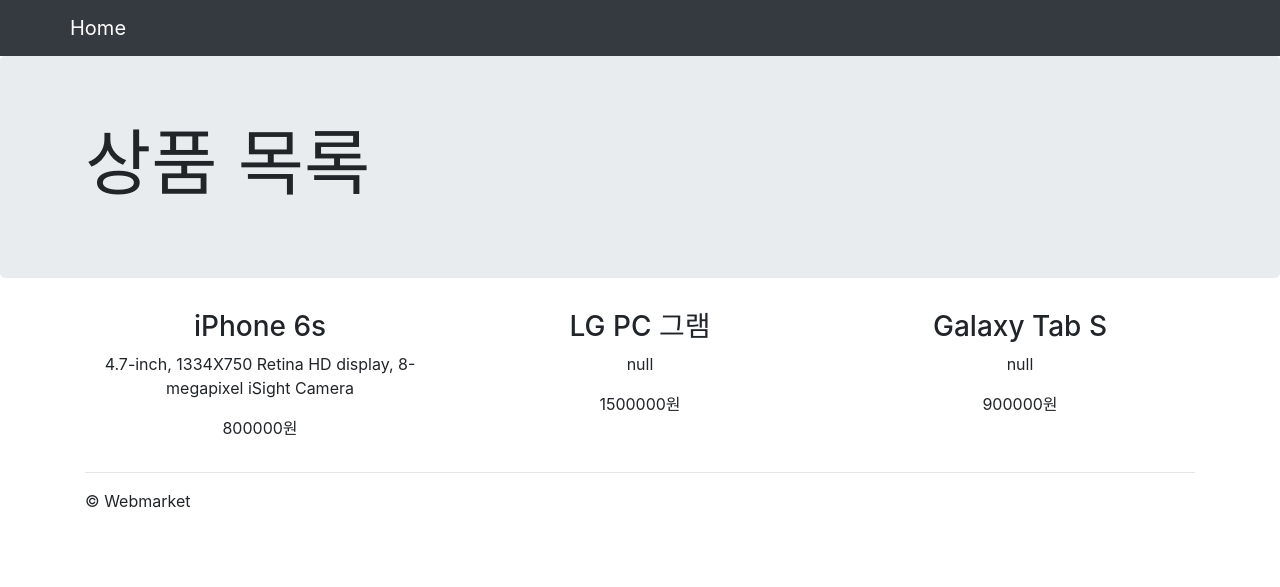
Repository: suinautant/learnCode
Page: http://localhost/WebMarket/products.jsp
The author's editor kept a copy of each file at every save. The page is drawn from the files as they stood at one save, then again after the next save.
The browser window is 1280 px wide. The pictures show the whole page.
The page is served by Tomcat 9. Nobody is signed in. The application's start-up code is not run. Other server files are loaded and not shown.

Above is the page before, as saved 2021-06-30 07:19:02.

### jsp/WebMarket/WebContent/products.jsp
<%@ page language="java" contentType="text/html; charset=UTF-8"
	pageEncoding="UTF-8"
%>
<%@ page import="java.util.ArrayList"%>
<%@ page import="dao.Product"%>
<jsp:useBean id="productDAO" class="dao.ProductRepository"
	scope="session"
/>
<!DOCTYPE html>
<html>
<head>
<link rel="stylesheet"
	href="https://maxcdn.bootstrapcdn.com/bootstrap/4.0.0/css/bootstrap.min.css"
>
<meta charset="UTF-8">
<title>상품 목록</title>
</head>
<body>
	<jsp:include page="menu.jsp" />
	<div class="jumbotron">
		<div class="container">
			<h1 class="display-3">상품 목록</h1>
		</div>
	</div>
	<%
		ArrayList<Product> listOfProducts = productDAO.getAllProducts();
	%>
	<div class="container">
		<div class="row" align="center">
			<%
				for (int i = 0; i < listOfProducts.size(); i++) {
				Product product = listOfProducts.get(i);
			%>
			<div class="col-md-4">
				<h3><%=product.getPname()%></h3>
				<p><%=product.getDescription()%></p>
				<p><%=product.getUnitPrice()%>원
				</p>
			</div>
			<%
				}
			%>
		</div>
		<hr>
	</div>
	<jsp:include page="footer.jsp" />
</body>
</html>

### jsp/WebMarket/WebContent/menu.jsp
<nav class="navbar navbar-expand navbar-dark bg-dark">
	<div class="container">
		<div class="navbar-header">
			<a class="navbar-brand" href="./welcome.jsp">Home</a>
		</div>
	</div>
</nav>

### jsp/WebMarket/WebContent/footer.jsp
<footer class="container">
	<p>&copy; Webmarket</p>
</footer>

### jsp/WebMarket/src/dao/ProductRepository.java
package dao;

import java.util.ArrayList;

public class ProductRepository {
	private ArrayList<Product> listOfProducts = new ArrayList<Product>();

	public ProductRepository() {
		Product phone = new Product("P1234", "iPhone 6s", 800000);
		phone.setDescription("4.7-inch, 1334X750 Retina HD display, 8-megapixel iSight Camera");
		phone.setCategory("Smart Phone");
		phone.setManufacturer("Apple");
		phone.setUnitsInStock(1000);
		phone.setCondition("New");

		Product notebook = new Product("P1235", "LG PC 그램", 1500000);
//		phone.setDescription("13-3-inch, IPS ELD display, 5rd Generation Intel Core processors");
		phone.setDescription("4.7-inch, 1334X750 Retina HD display, 8-megapixel iSight Camera");
		phone.setCategory("Notebook");
		phone.setManufacturer("LG");
		phone.setUnitsInStock(1000);
		phone.setCondition("Refurbished");

		Product tablet = new Product("P1236", "Galaxy Tab S", 900000);
//		phone.setDescription("212.8*125.6*6.6mm, Super AMOLED display, Octa-Core processor");
		phone.setDescription("4.7-inch, 1334X750 Retina HD display, 8-megapixel iSight Camera");
		phone.setCategory("Tablet");
		phone.setManufacturer("Samsung");
		phone.setUnitsInStock(1000);
		phone.setCondition("Old");

		listOfProducts.add(phone);
		listOfProducts.add(notebook);
		listOfProducts.add(tablet);

	}

	public ArrayList<Product> getAllProducts() {
		return listOfProducts;
	}

}

### jsp/WebMarket/src/dao/Product.java
package dao;

import java.io.Serializable;

public class Product implements Serializable {

	private static final long serialVersionUID = -4274700572038677000L;

	private String productId;
	private String pname;

	public String getProductId() {
		return productId;
	}

	public void setProductId(String productId) {
		this.productId = productId;
	}

	public String getPname() {
		return pname;
	}

	public void setPname(String pname) {
		this.pname = pname;
	}

	public Integer getUnitPrice() {
		return unitPrice;
	}

	public void setUnitPrice(Integer unitPrice) {
		this.unitPrice = unitPrice;
	}

	public String getDescription() {
		return description;
	}

	public void setDescription(String description) {
		this.description = description;
	}

	public String getManufacturer() {
		return manufacturer;
	}

	public void setManufacturer(String manufacturer) {
		this.manufacturer = manufacturer;
	}

	public String getCategory() {
		return category;
	}

	public void setCategory(String category) {
		this.category = category;
	}

	public long getUnitsInStock() {
		return unitsInStock;
	}

	public void setUnitsInStock(long unitsInStock) {
		this.unitsInStock = unitsInStock;
	}

	public String getCondition() {
		return condition;
	}

	public void setCondition(String condition) {
		this.condition = condition;
	}

	public Product() {
		super();
		// TODO Auto-generated constructor stub
	}

	public Product(String productId, String pname, Integer unitPrice) {
		this.productId = productId;
		this.pname = pname;
		this.unitPrice = unitPrice;
	}

	private Integer unitPrice;
	private String description;
	private String manufacturer;
	private String category;
	private long unitsInStock;
	private String condition;

}

After the next save:
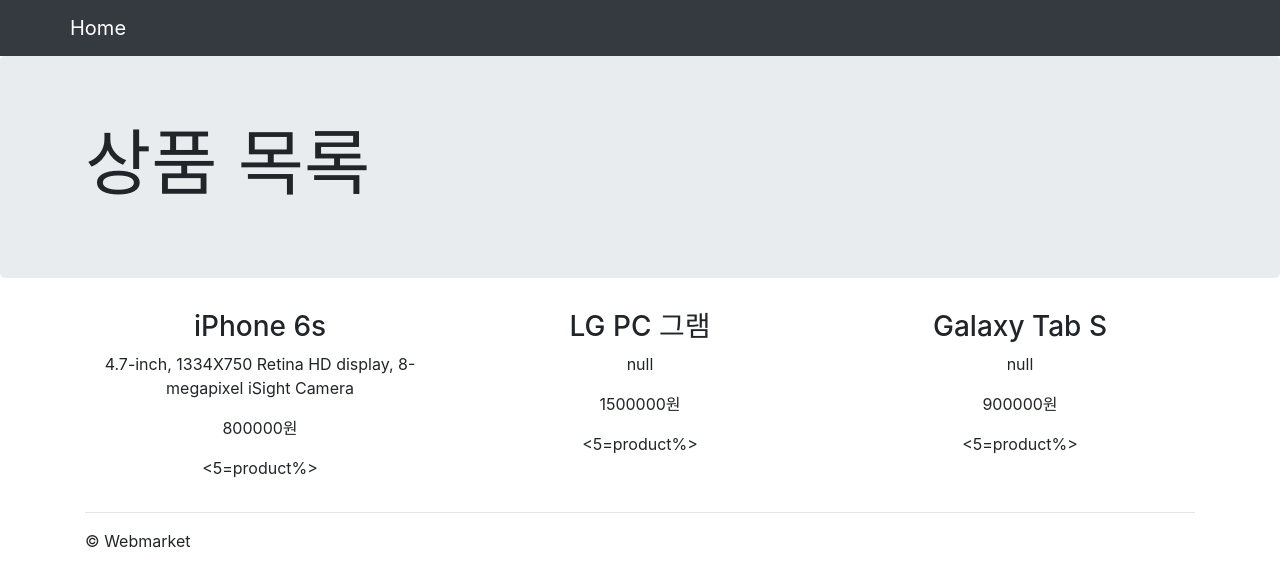
Saved 2 min 4 s later.
--- a/jsp/WebMarket/WebContent/products.jsp
+++ b/jsp/WebMarket/WebContent/products.jsp
@@ -35,6 +35,7 @@
 				<h3><%=product.getPname()%></h3>
 				<p><%=product.getDescription()%></p>
 				<p><%=product.getUnitPrice()%>원
+				<p><5=product%></p>
 				</p>
 			</div>
 			<%
